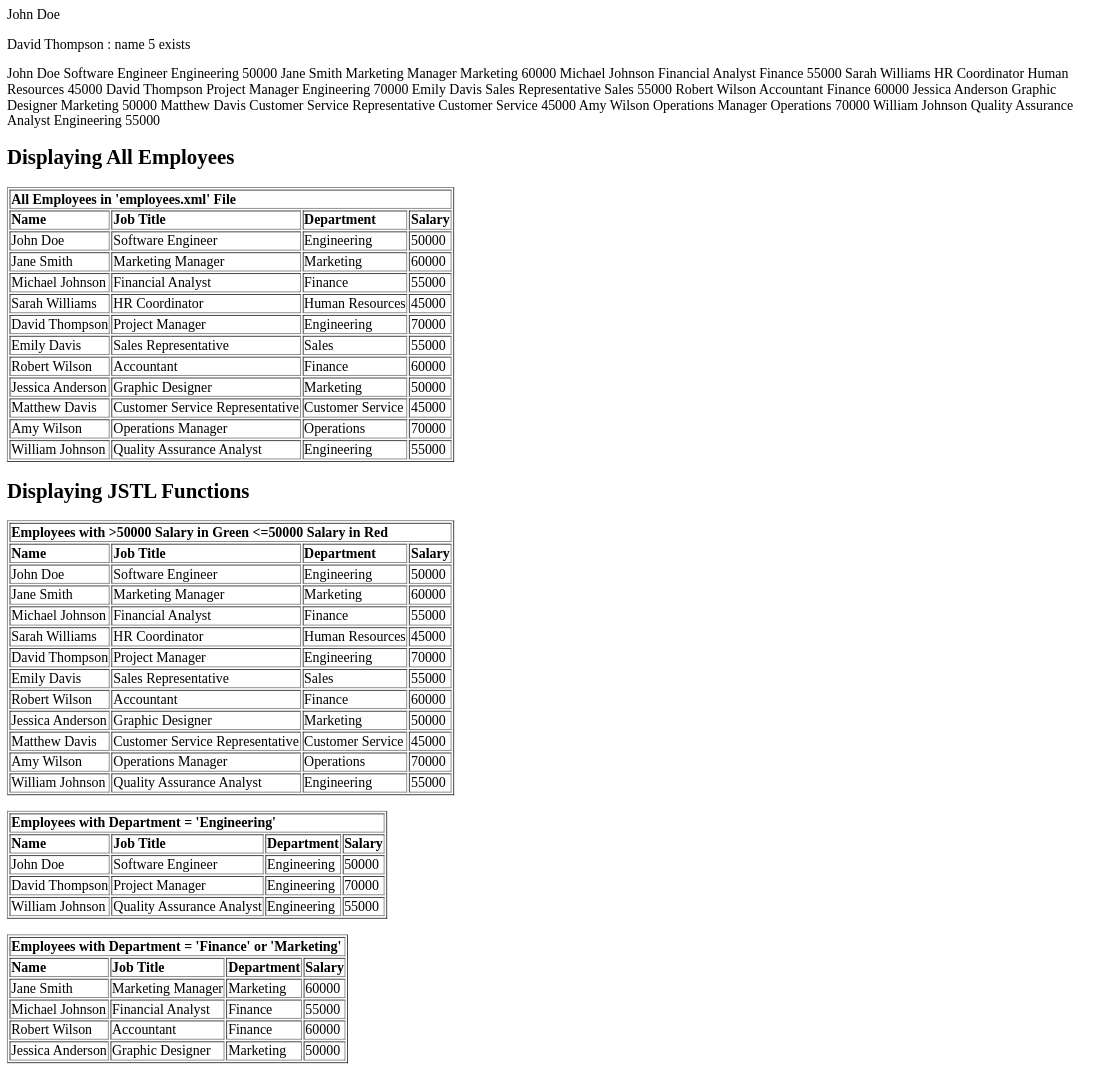
Repository: bkyncl/csd-430
Page: http://localhost/kyncl_mod9/
The author's editor kept a copy of each file at every save. The page is drawn from the files as they stood at one save, then again after a run of saves.
The browser window is 1280 px wide. The pictures show the whole page, at 87% of full size.
The page is served by Tomcat 9.

Above is the page before, as saved 2023-07-05 05:20:06.

After the next 2 saves:
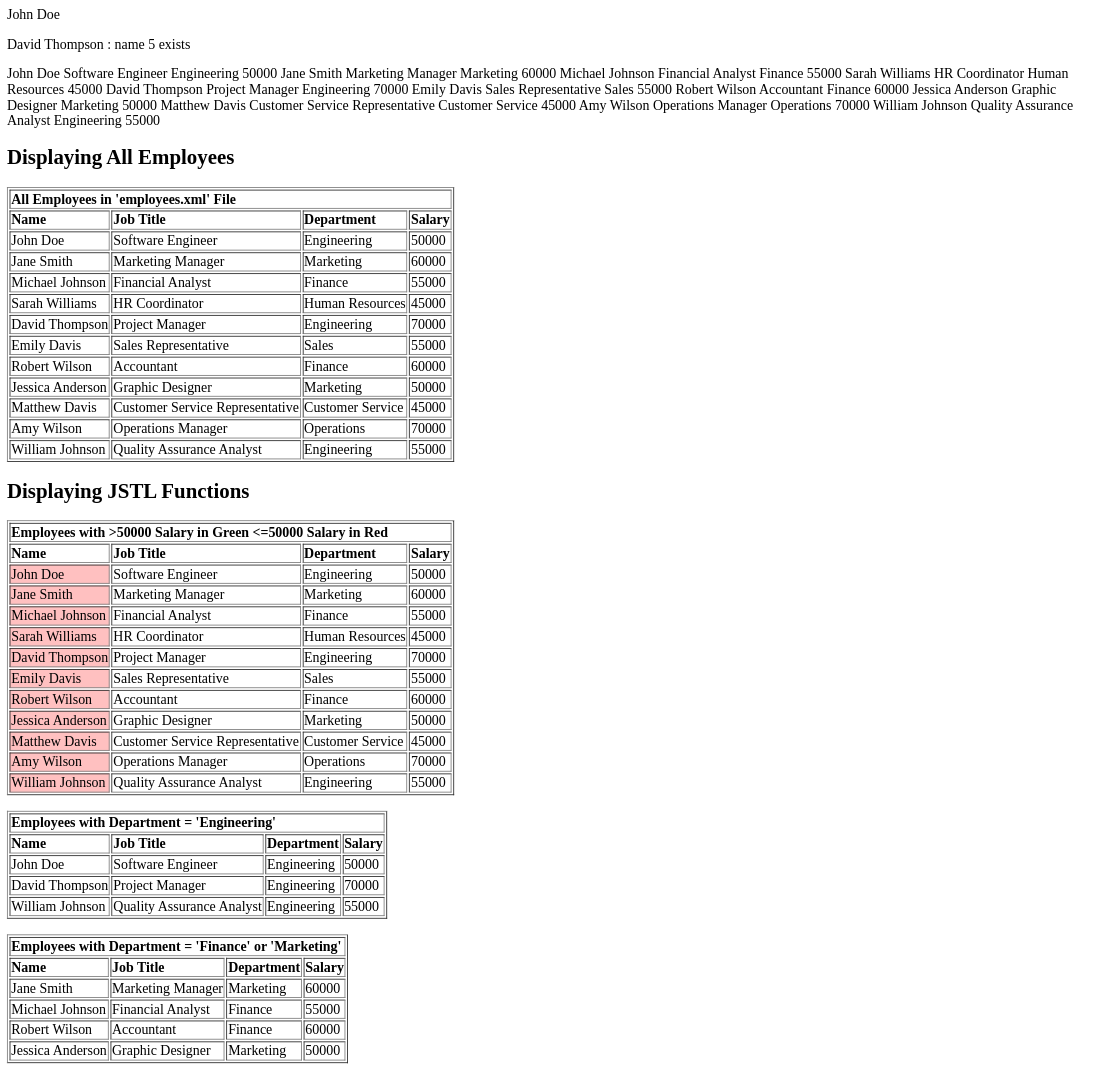
The 2 saves are shown as one change because 1 did not build or start.
The last was saved 11 min 44 s later.
--- a/kyncl_mod9/src/main/webapp/index.jsp
+++ b/kyncl_mod9/src/main/webapp/index.jsp
@@ -78,7 +78,7 @@
 	                    <x:set var="rowColor" select="'transparent'" />
 	                </x:otherwise>
 	            </x:choose>
-	            <td style="background-color: {$rowColor};"><x:out select="$employee/name"/></td>
+	            <td style="background-color: #FFC0C0;"><x:out select="$employee/name"/></td>
 	            <td style="background-color: {$rowColor};"><x:out select="$employee/jobTitle"/></td>
 	            <td style="background-color: {$rowColor};"><x:out select="$employee/department"/></td>
 	            <td style="background-color: {$rowColor};"><x:out select="$employee/salary"/></td>
